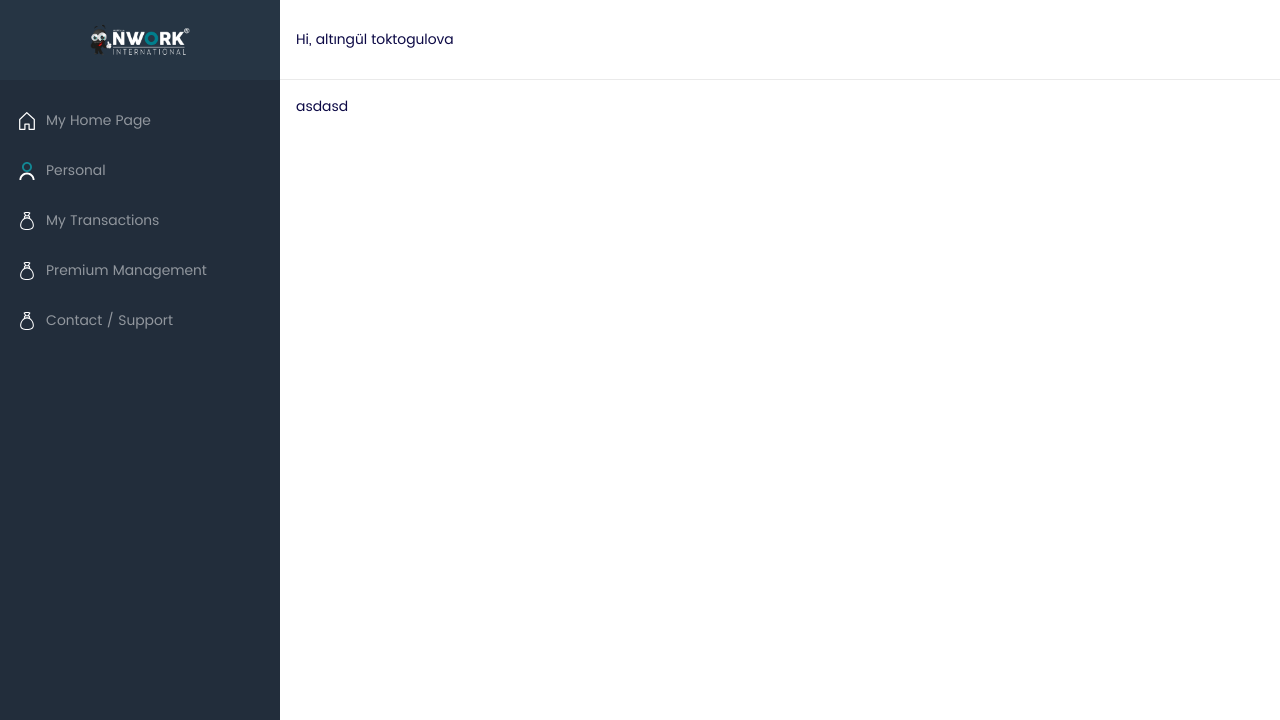
Repository: KayahanKahriman/nwork-admin
Page: index.html
The author's editor kept a copy of each file at every save. The page is drawn from the files as they stood at one save, then again after the next save.
The browser window is 1280 px wide. The pictures show the whole page.
Some web fonts or font styles are not loaded; a fallback is used. The style sheet was rebuilt from its Sass, Less or Tailwind sources for each picture, by a compiler version that may differ from the author's.

Above is the page before, as saved 2021-06-09 12:13:58.

After the next save:
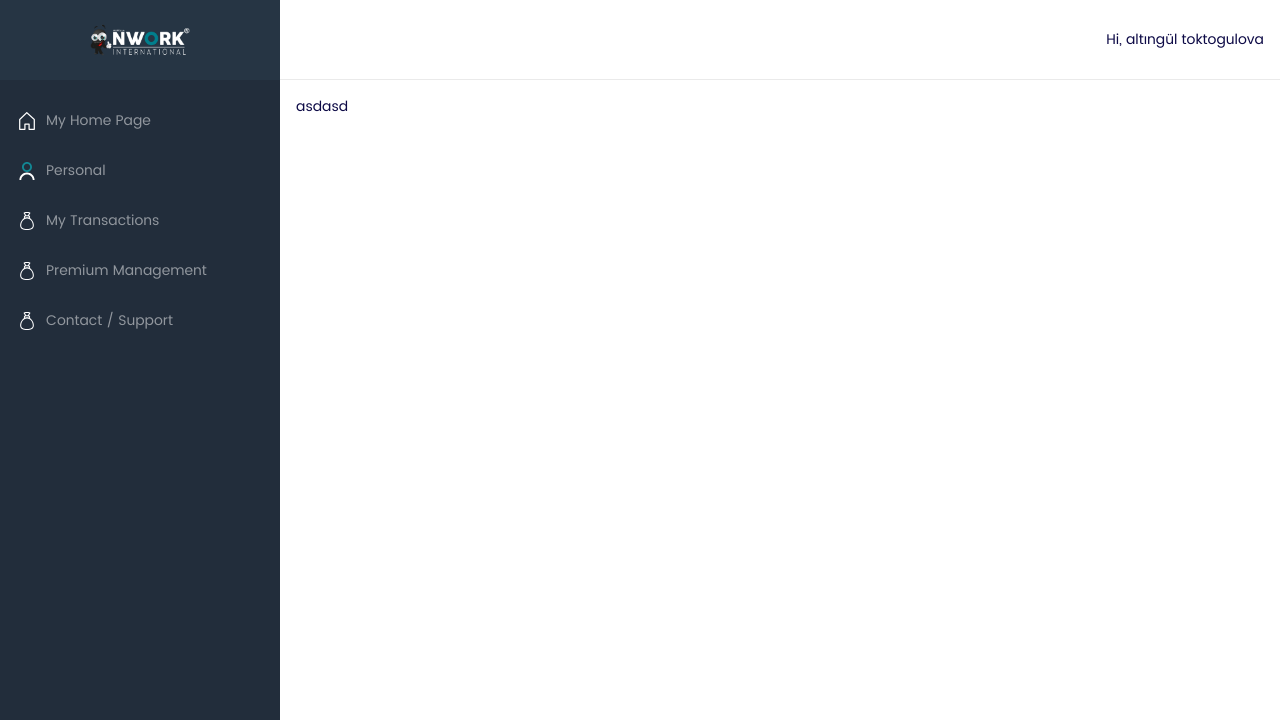
Saved 9 s later.
--- a/index.html
+++ b/index.html
@@ -17,7 +17,7 @@
                 <img width="100" src="./assets/images/logo-white.png" alt="">
             </a>
         </div>
-        <div id="header-right" class="p-3 d-flex align-items-center">
+        <div id="header-right" class="p-3 d-flex align-items-center justify-content-end">
             <div id="user">
                 Hi,
                 <span>altıngül toktogulova</span>
